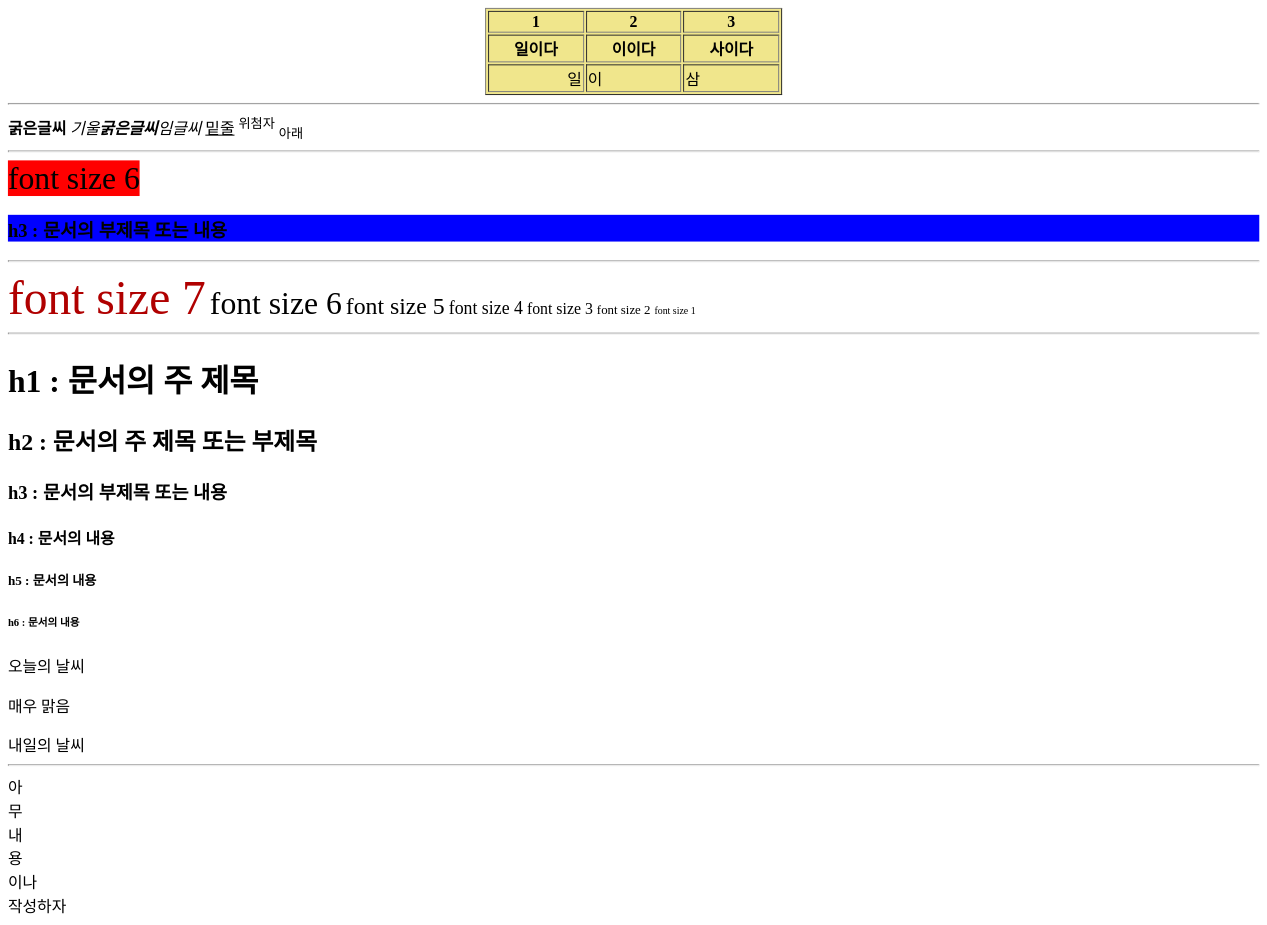
Repository: thswlsqls/JspWorkspace
Page: html/ex01.html
The author's editor kept a copy of each file at every save. The page is drawn from the files as they stood at one save, then again after the next save.
The browser window is 1280 px wide. The pictures show the whole page, at 99% of full size.

Above is the page before, as saved 2021-04-09 08:16:34.

After the next save:
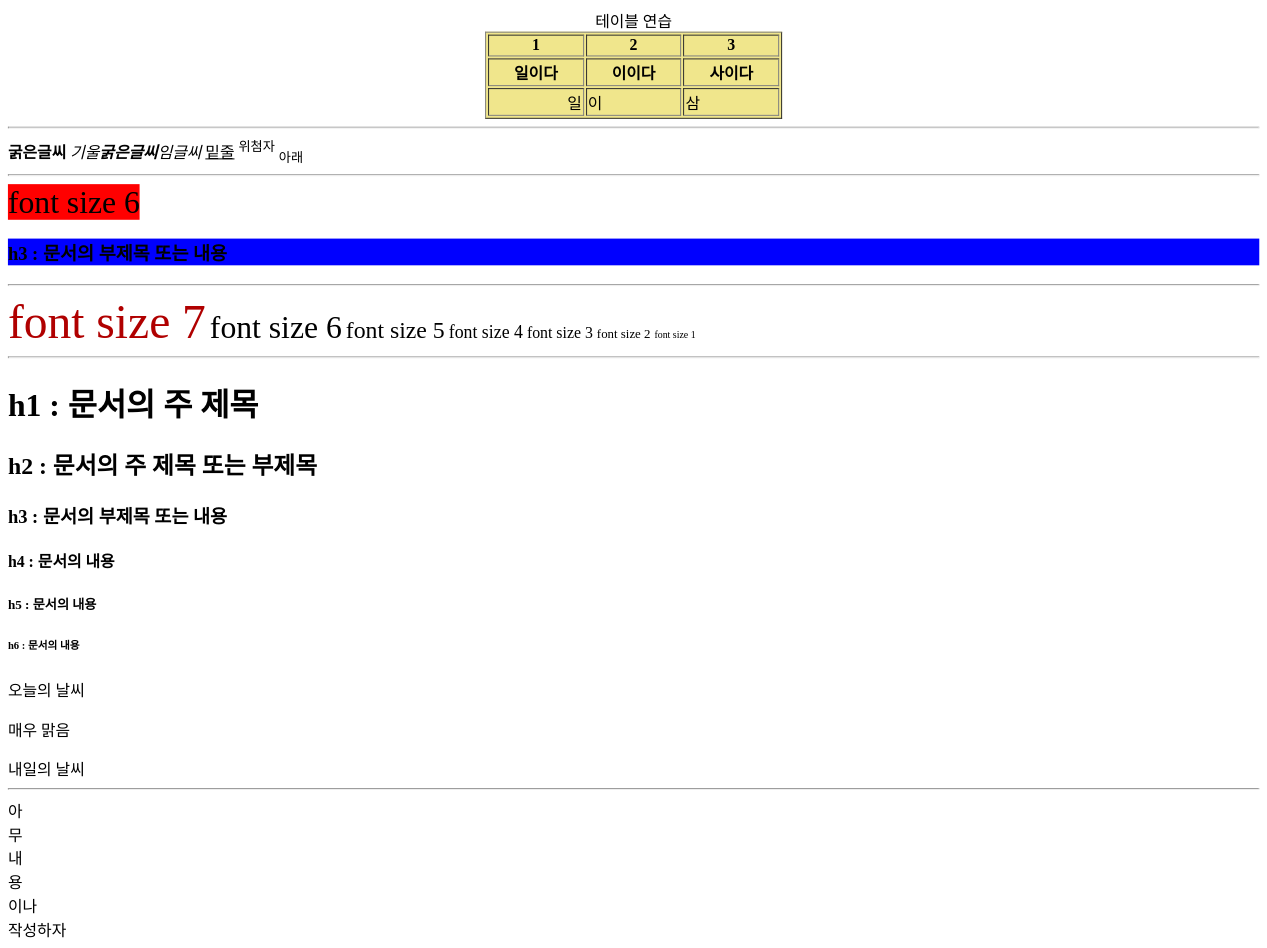
Saved 60 s later.
--- a/html/ex01.html
+++ b/html/ex01.html
@@ -9,6 +9,7 @@
  -->
 <body>
 	<table border="1" align="center" width="300" bgcolor="khaki">
+		<caption>테이블 연습</caption>
 		<tr>
 			<th>1</th><th>2</th><th>3</th>
 		</tr>
